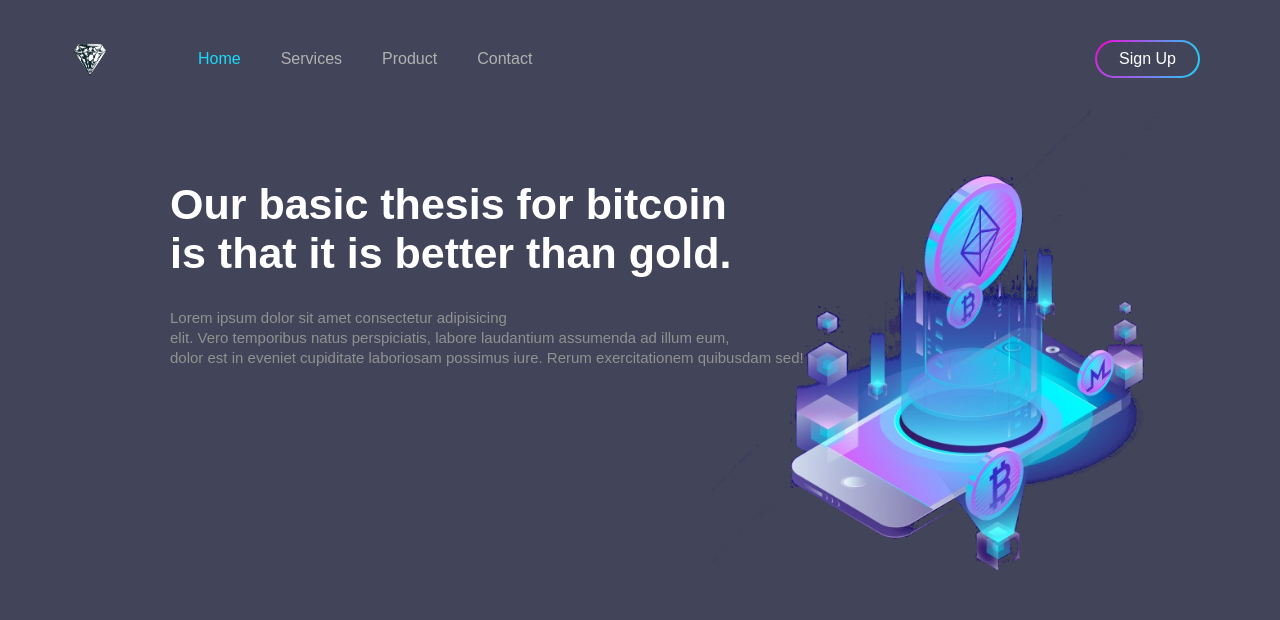
Repository: Aakarshit-Sharma19/Basic-HTML-and-CSS-Page-
Page: index.html
These files come from the project's save history. The page is drawn as it stood at one moment and after the next save; the edit follows.
The browser window is 1280 px wide. The pictures show the whole page.

Above is the page before, as saved 2020-11-10 15:36:09.

### index.html
<!DOCTYPE html>
<html lang="en">

<head>
    <title>Crypto Currency Web App - Easy Tutorials</title>
    <link rel="stylesheet" href="style.css">
</head>

<body>
    <div class="container">
        <div class="menu">
            <ul>
                <li class="logo"><img src="1349.png" alt="diamond"></li>
                <li class="active">Home</li>
                <li>Services</li>
                <li>Product</li>
                <li>Contact</li>
                <li><a href="#" class="signup-btn"><span>Sign Up</span></a></li>
            </ul>
        </div>
        <div class="banner">
            <div class="app-text">
                <h1>Our basic thesis for bitcoin <br> is that it is better than gold.</h1>
                <p>Lorem ipsum dolor sit amet consectetur adipisicing <br>elit. Vero temporibus natus perspiciatis,
                    labore
                    laudantium assumenda ad illum eum,<br>  dolor est in eveniet cupiditate laboriosam possimus iure.
                    Rerum
                    exercitationem quibusdam sed!</p>
            </div>
            <div class="app-picture">
                <img src="background.png" alt="">
            </div>
        </div>
    </div>
</body>

</html>

### style.css
* {
    margin: 0;
    padding: 0;
    font-family: sans-serif;
}

body{
    background: #42455a;
}
.container{
    width: 100%;
    height: 100%;
}

.menu ul{
    display: inline-flex;
    margin: 50px;
}

.menu ul li{
    list-style: none;
    margin: 0 20px;
    color: #b2b1b1;
    cursor: pointer;
}

.logo img{
    width: 40px;
    margin-top: -12px;
    margin-right: 48px;
}

.active{
    color: #19dafa!important;
}

.signup-btn{
    top: 40px;
    right: 80px;
    position: absolute;
    text-decoration: none;
    color: #fff;
    border: 2px solid transparent;
    border-radius: 20px;
    background-image: linear-gradient(#42455a, #42455a), radial-gradient(circle at top left, #fd00da, #19d7f8);
    background-origin: border-box;
    background-clip: content-box,border-box;
}

.signup-btn span{
    display: block;
    padding: 8px 22px;
}

.banner{
    width: 80%;
    height: 70%;
    top: 25%;
    left: 130px;
    position: absolute;
    color: #fff;
}

.app-text{
    width: 50%;
    float: left;
}

.app-text h1{
    font-size: 43px;
    width: 640px;
    position: relative;
    margin-left: 40px;
}

.app-text p{
    font-size: 15px;
    width: 650px;
    margin: 30px 0 30px 40px;
    line-height: 20px;
    color: #919191;
}

.app-picture{
    width: 50%;
    float: right;
}

.app-picture img{
    width: 100%;
    margin-top: -70px;
    padding-left: 70px;
}

After the next save:
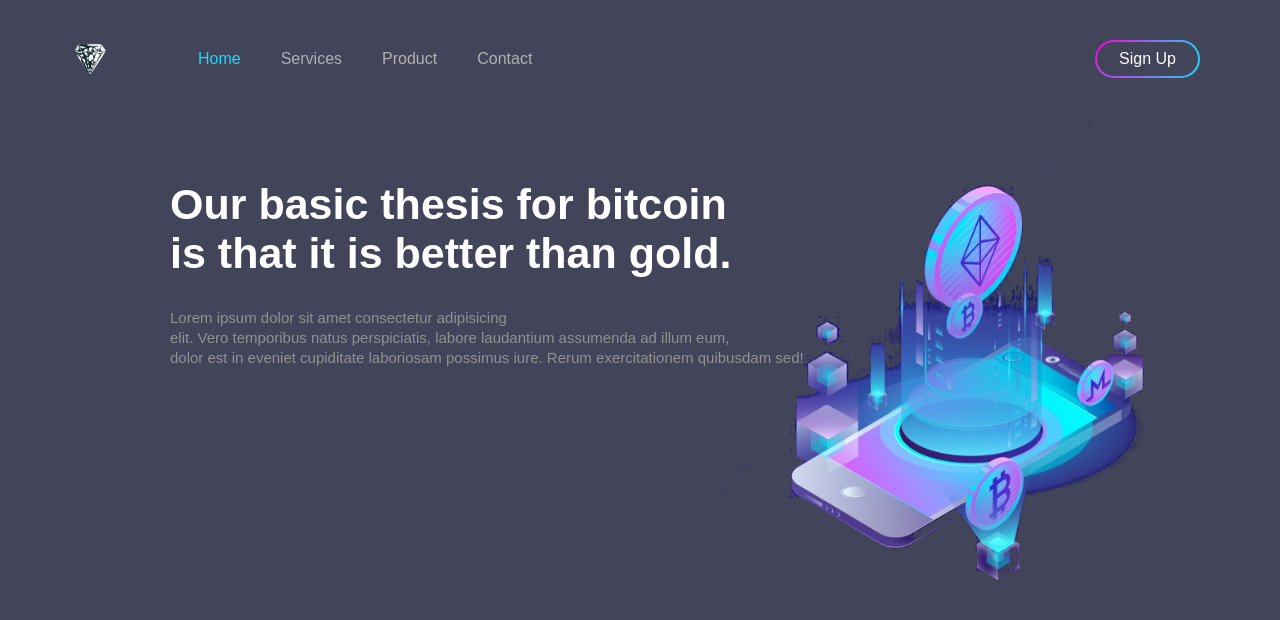
Saved 5 s later.
--- a/style.css
+++ b/style.css
@@ -88,6 +88,6 @@ body{
 
 .app-picture img{
     width: 100%;
-    margin-top: -70px;
+    margin-top: -60px;
     padding-left: 70px;
 }
